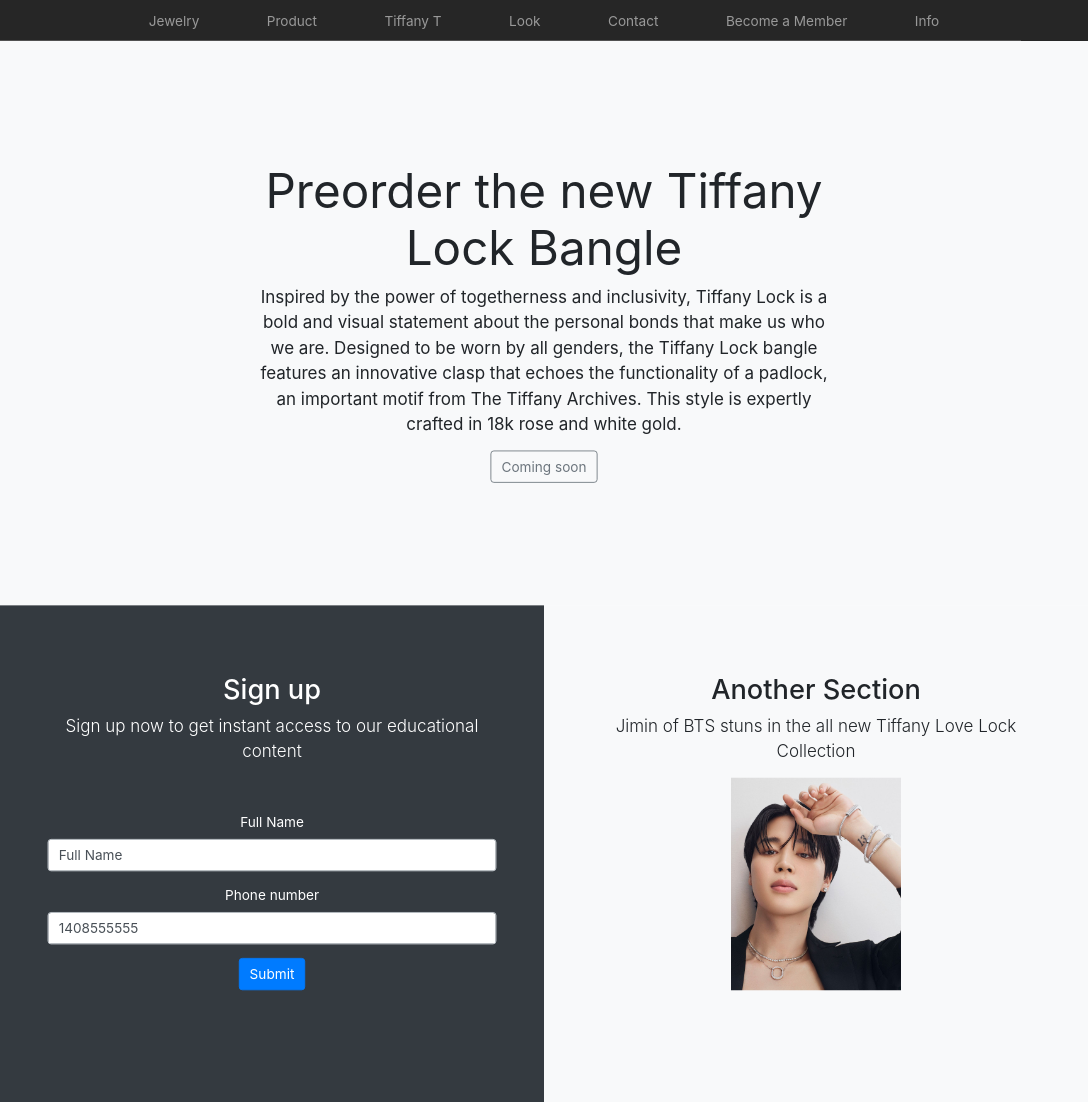
Repository: LakshanyaRamadhenu/x
Page: LearnCS8-Twilio/index.html
The author's editor kept a record of every edit. The page is drawn from the files as they stood at one moment, then again after the next edit.
The browser window is 1280 px wide. The pictures show the whole page, at 85% of full size.

Above is the page before.

After the next edit:
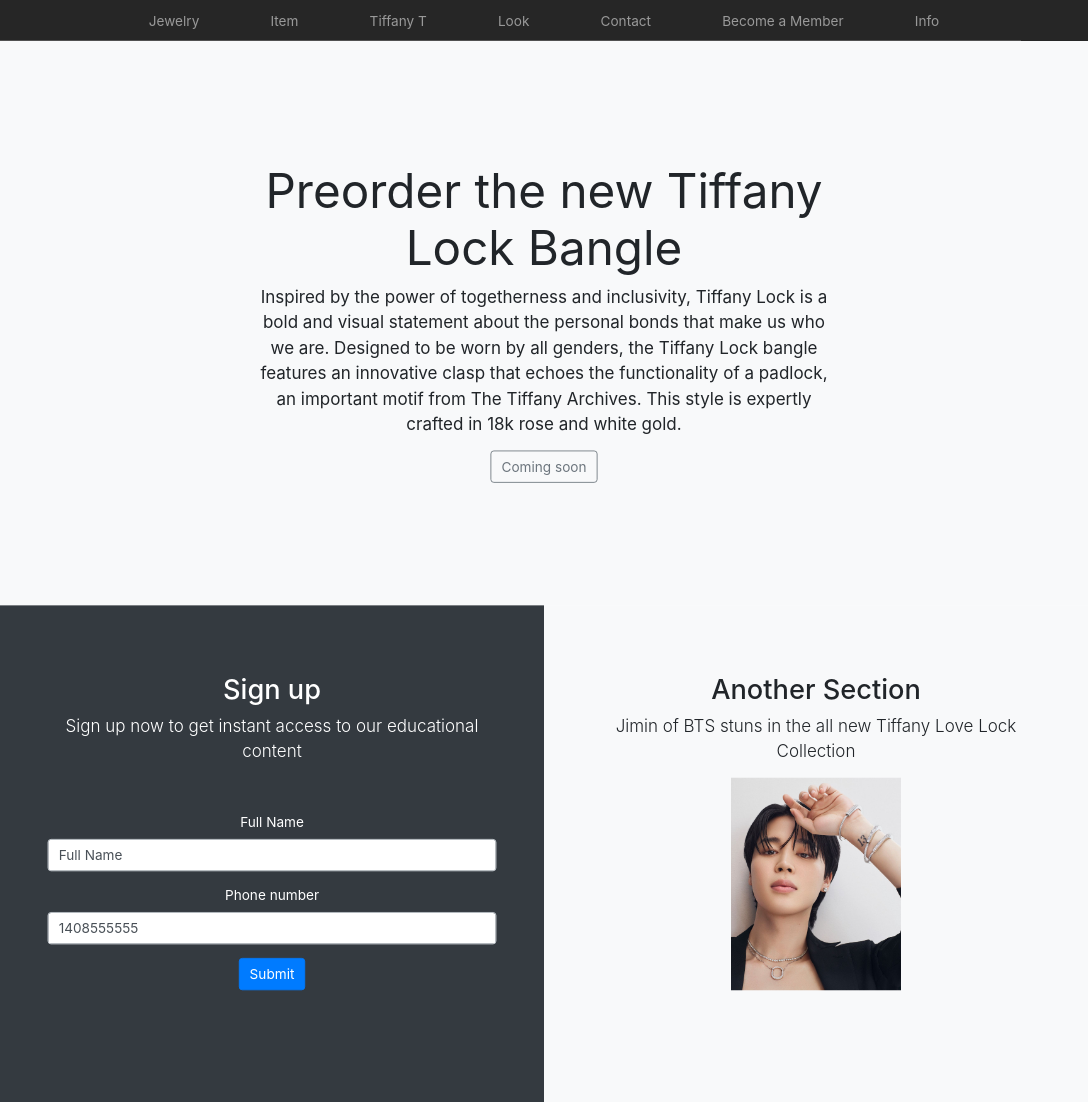
The edit:
--- a/LearnCS8-Twilio/index.html
+++ b/LearnCS8-Twilio/index.html
@@ -19,7 +19,7 @@
     <!-- Top Menu Bar -->
     <div class="container d-flex flex-column flex-md-row justify-content-between">
         <a class="py-2 d-none d-md-inline-block" id="menu-item-1" href="https://www.tiffany.com/high-jewelry/" target="Jewelry">Jewelry</a>
-        <a class="py-2 d-none d-md-inline-block" id="menu-item-2" href="https://www.tiffany.com/jewelry/bracelets/tiffany-lock-bangle-GRP12222/" target="Product">Product</a>
+        <a class="py-2 d-none d-md-inline-block" id="menu-item-2" href="https://www.tiffany.com/jewelry/bracelets/tiffany-lock-bangle-GRP12222/" target="Item">Item</a>
         <a class="py-2 d-none d-md-inline-block" id="menu-item-3" href="https://www.tiffany.com/stories/new-tiffany-t/" target="Tiffay T">Tiffany T</a>
         <a class="py-2 d-none d-md-inline-block" id="menu-item-4" href="https://www.tiffany.com/stories/guide/how-to-set-a-formal-dinner-table/" target="Look">Look</a>
         <a class="py-2 d-none d-md-inline-block" id="menu-item-5" href="https://www.tiffany.com/customer-service/" target="Contact">Contact</a>
